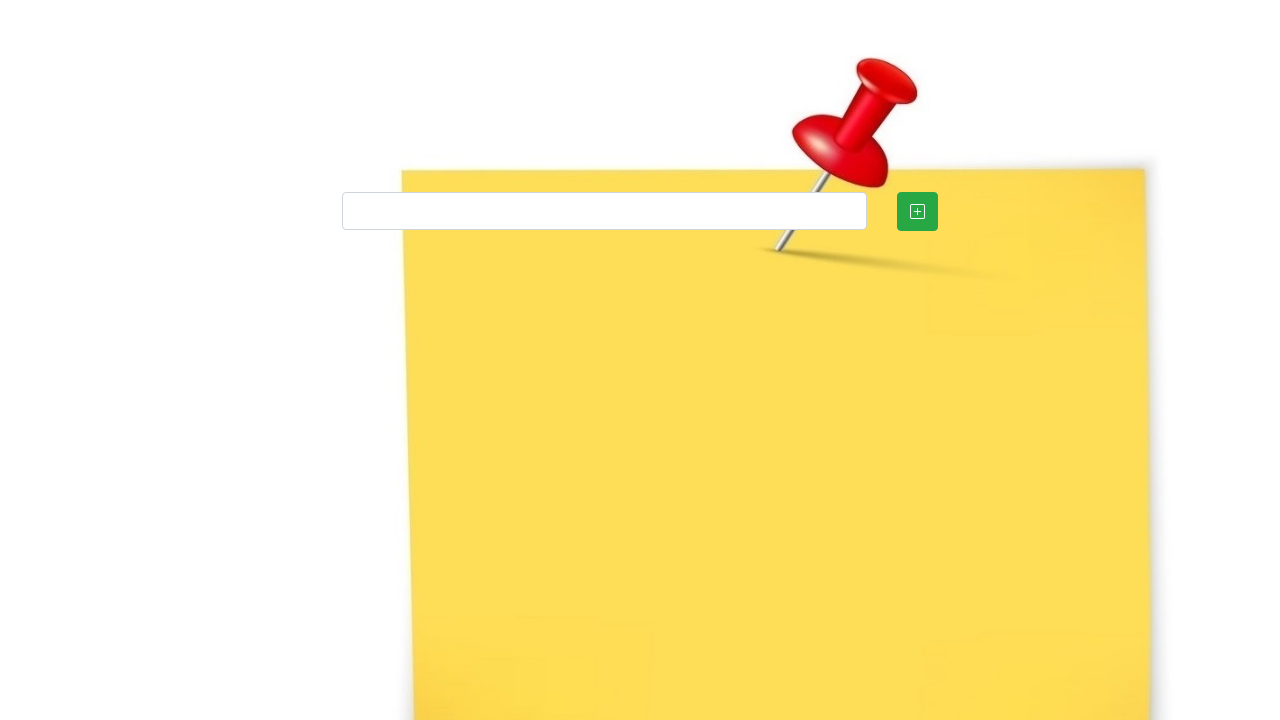
Repository: walaaElbasha/Todo-list-laravel
Page: http://localhost/tasks
The author's editor kept a copy of each file at every save. The page is drawn from the files as they stood at one save, then again after the next save.
The browser window is 1280 px wide. The pictures show the whole page.
The page is served by the project's Laravel application, run on PHP 8.4 with Laravel 8. Style sheets and scripts are compiled from the project's sources, by tool versions that may differ from the author's. Queries for data that is not in the repository find no rows.

Above is the page before, as saved 2021-07-01 15:50:29.

After the next save:
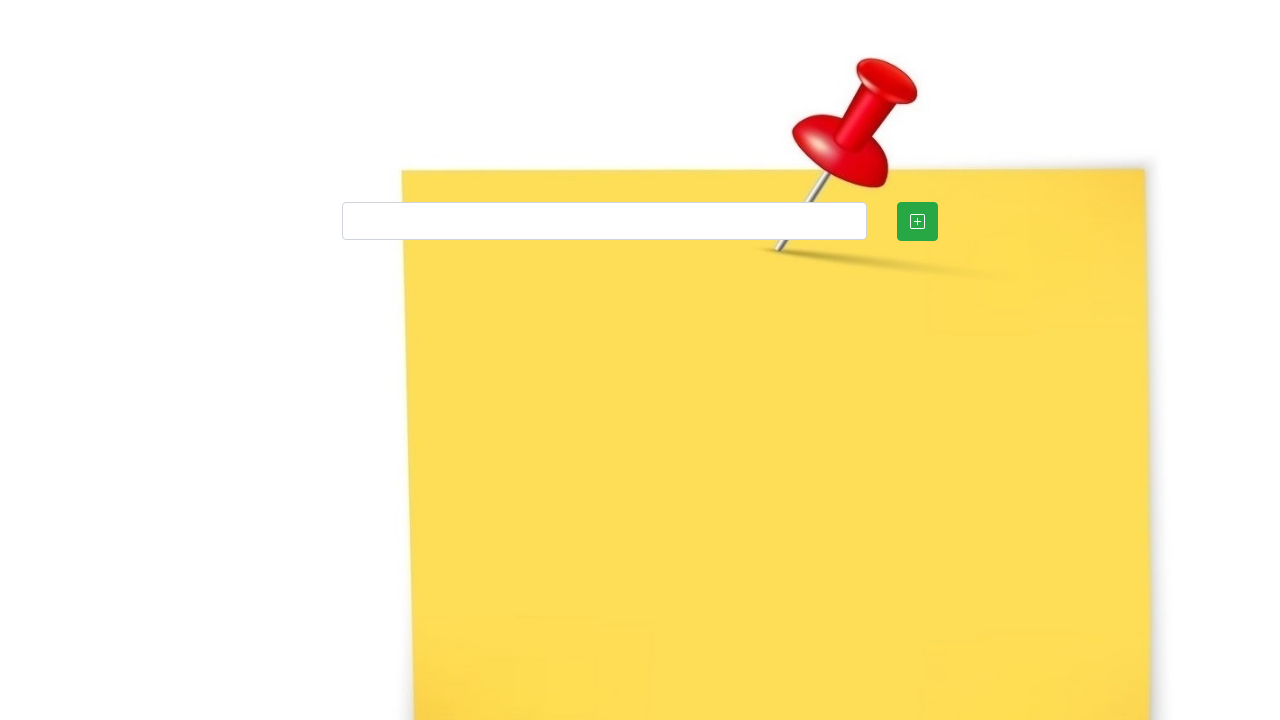
Saved 22 s later.
--- a/resources/views/tasks/index.blade.php
+++ b/resources/views/tasks/index.blade.php
@@ -19,7 +19,7 @@
 
         <!-- Display Validation Errors -->
 
-        <div style="margin-top:160px; margin-left:200px">
+        <div style="margin-top:170px; margin-left:200px">
             <table>
                 <ul>
                     @foreach($allTasks as $task)
